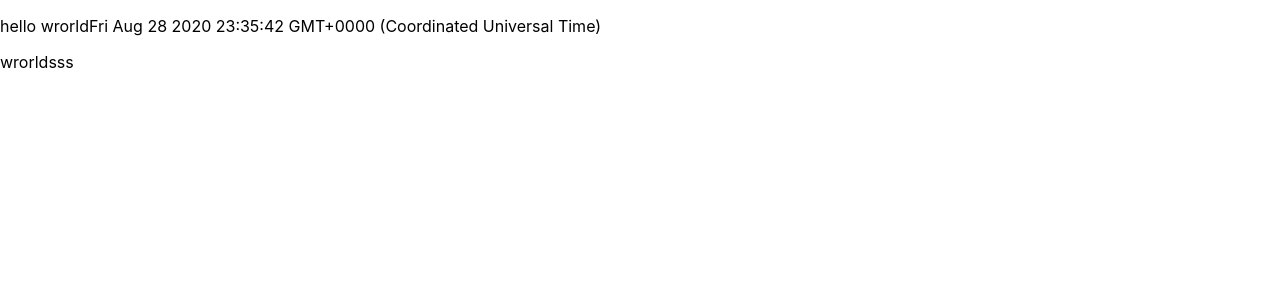
Repository: 2Lavine/fullstack
Page: / (app in part1/)
These files come from the project's save history. The page is drawn as it stood at one moment and after a run of saves; the edit follows.
The browser window is 1280 px wide. The pictures show the whole page.
The project was rebuilt for these pictures with package versions that can differ from the ones it lists, and the page was loaded fresh each time.

Above is the page before, as saved 2020-08-29 09:14:24.

After the next 2 saves:
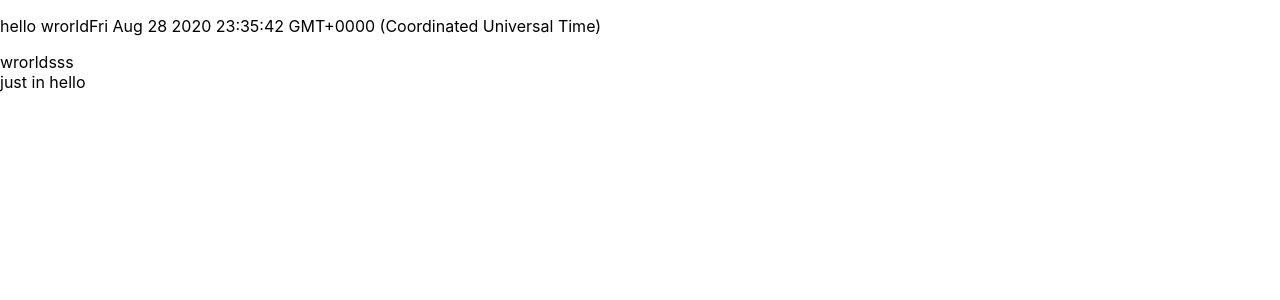
The 2 saves are shown as one change because 1 did not build or start.
The last was saved 44 s later.
--- a/part1/src/index.js
+++ b/part1/src/index.js
@@ -13,14 +13,14 @@ const App = () => {
     React.createElement("div", null, "wrorld", "sss")
   );
 };
-const ALl = () => (
+const All = () => (
   <div>
     <App></App>
     <Hello></Hello>
   </div>
 
 );
-ReactDOM.render(<App />, document.getElementById("root"));
+ReactDOM.render(<All />, document.getElementById("root"));
 
 // If you want your app to work offline and load faster, you can change
 // unregister() to register() below. Note this comes with some pitfalls.
